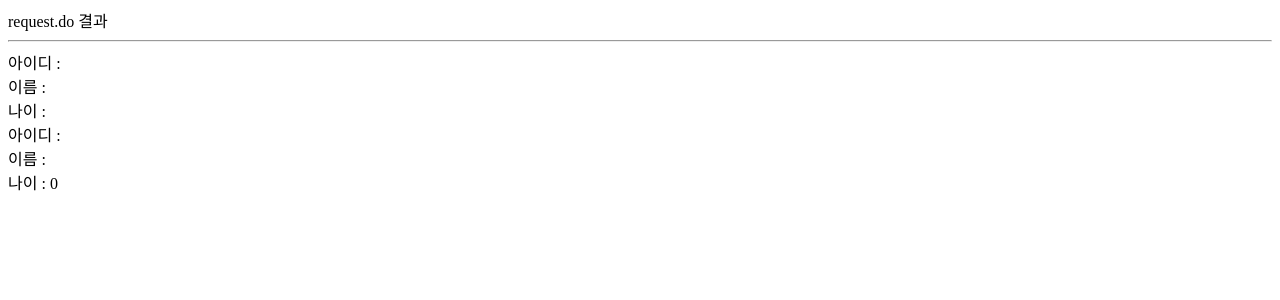
Repository: MinGyungJu/Springweb
Page: http://localhost/fSpringMVC/re/request.do
These files come from the project's save history. The page is drawn as it stood at one moment and after a run of saves; the edit follows.
The browser window is 1280 px wide. The pictures show the whole page.
The page is served by Tomcat 9. Other server files are loaded and not shown.

Above is the page before, as saved 2022-11-10 06:38:54.

### fSpringMVC/src/main/webapp/WEB-INF/views/re/request.jsp
<%@ page language="java" contentType="text/html; charset=UTF-8"
    pageEncoding="UTF-8"%>
<!DOCTYPE html>
<html>
<head>
<meta charset="UTF-8">
<title>Insert title here</title>
</head>
<body>

request.do 결과 <hr/>

아이디 : ${param.id} <br/>
이름 : ${param.name} <br/>
나이 : ${param.age} <br/>

아이디 : ${memberVO.id} <br/>
이름 : ${memberVO.name} <br/>
나이 : ${memberVO.age} <br/>


</body>
</html>

After the next 2 saves:
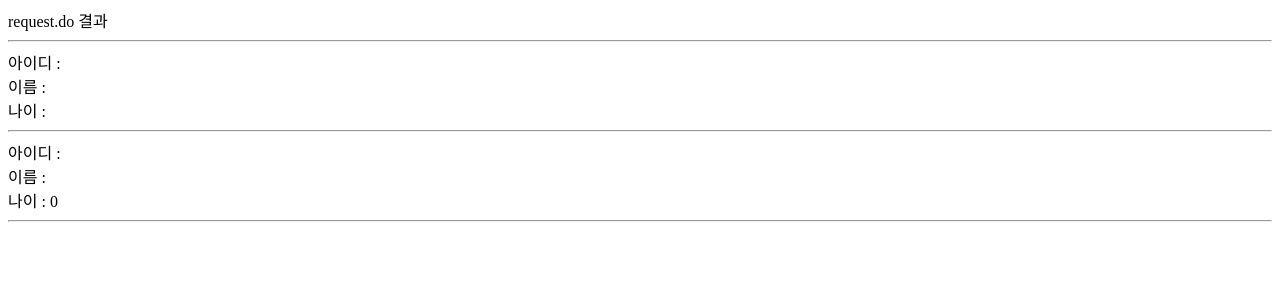
The 2 saves are shown as one change because they came seconds apart.
The last was saved 16 s later.
--- a/fSpringMVC/src/main/webapp/WEB-INF/views/re/request.jsp
+++ b/fSpringMVC/src/main/webapp/WEB-INF/views/re/request.jsp
@@ -13,11 +13,12 @@ request.do 결과 <hr/>
 아이디 : ${param.id} <br/>
 이름 : ${param.name} <br/>
 나이 : ${param.age} <br/>
+<hr/>
 
 아이디 : ${memberVO.id} <br/>
 이름 : ${memberVO.name} <br/>
 나이 : ${memberVO.age} <br/>
-
+<hr/>
 
 </body>
 </html>
